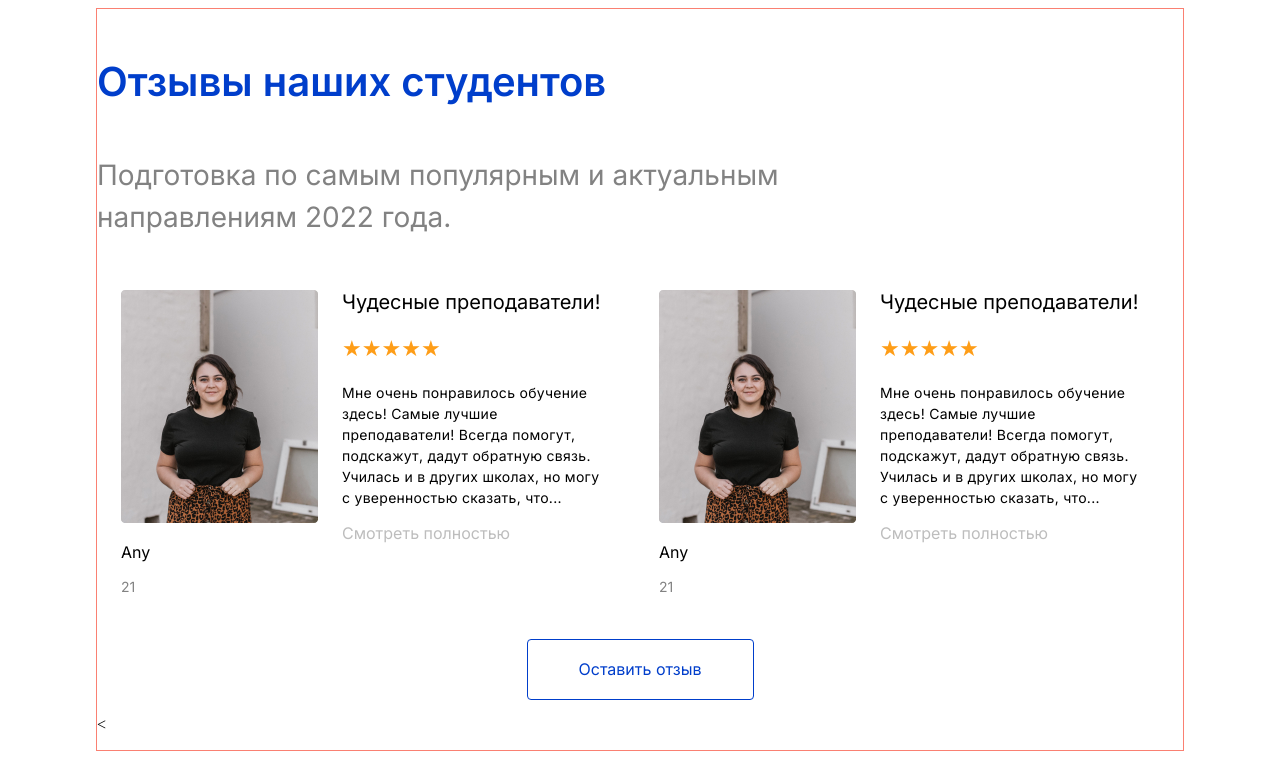
Repository: Malvuna/Studi
Page: index.html
The author's editor kept a copy of each file at every save. The page is drawn from the files as they stood at one save, then again after a run of saves.
The browser window is 1280 px wide. The pictures show the whole page.

Above is the page before, as saved 2022-07-11 17:54:22.

### index.html

<!DOCTYPE html>
<html lang="en">
  <head>
    <meta charset="UTF-8" />
    <meta http-equiv="X-UA-Compatible" content="IE=edge" />
    <meta name="viewport" content="width=device-width, initial-scale=1.0" />
    <link rel="stylesheet" href="./css/style.css" />
    <link rel="preconnect" href="https://fonts.googleapis.com">
    <link rel="preconnect" href="https://fonts.gstatic.com" crossorigin>
    <link href="https://fonts.googleapis.com/css2?family=Caveat:wght@400;600;700&family=Inter:wght@400;600;700&display=swap" rel="stylesheet">
  <body>
    <header>
    </header>

    <main>
      <div id="container" class="container">

      <p class="h1">Отзывы наших студентов</p>
      <p class="head">Подготовка по самым популярным и актуальным </br> направлениям 2022 года.</p>
      <div id="divAllCard"> </div>
      <div id="navigator"></div>
      <button class="button">Оставить отзыв</button>

    </div>
    </main>


    <footer>

    </footer>

  </body>
  <script type="module" src="./javascript/javascript.js"></script>
</html>

### css/style.css
body {
  background-color: white;
}

.container {
  width: 1086px;
  border: 1px salmon solid;
  text-align: left;
  margin: 0 auto
}

.h1 {
  font-family: "Inter";
  font-style: normal;
  font-weight: 600;
  font-size: 40px;
  line-height: 65px;
  color: #003ecb;
}

.head {
  font-family: "Inter";
  font-style: normal;
  font-weight: 400;
  font-size: 28px;
  line-height: 42px;
  color: #828282;
}

.divAllCard {
  display: flex;
}

.divOneCard {
  width: 490px;
  height: 325px;
  background-color: white;
  display: flex;
  padding: 24px 24px;
}

.textName {
  font-family: "Inter";
  font-style: normal;
  font-weight: 400;
  font-size: 16px;
  line-height: 19px;
  color: #000000;
}

.textAge {
  font-family: "Inter";
  font-style: normal;
  font-weight: 400;
  font-size: 14px;
  line-height: 17px;
  color: #828282;
}

.cardRight {
  padding-left: 24px;
}


.textHead {
  font-family: "Inter";
  font-style: normal;
  font-weight: 500;
  font-size: 20px;
  line-height: 24px;
  color: #000000;
  margin-top: 0;
}

.textStar {
  font-family: "Inter";
  font-style: normal;
  font-weight: 500;
  font-size: 22px;
  line-height: 24px;
  color: #fe9d17;
}

.textText {
  font-family: "Inter";
  font-style: normal;
  font-weight: 400;
  font-size: 14px;
  line-height: 21px;
  letter-spacing: 0.02em;
  color: #000000;
}

.textAll {
  font-family: "Inter";
  font-style: normal;
  font-weight: 400;
  font-size: 16px;
  line-height: 19px;
  color: #bdbdbd;
}

.button {
  width: 227px;
  height: 61px;

  background: #ffffff;
  border: 1px solid #003ecb;
  border-radius: 4px;

  font-family: "Inter";
  font-style: normal;
  font-weight: 500;
  font-size: 16px;
  line-height: 45px;
  color: #003ecb;

  margin: 0 auto;
  display: block;
}

### javascript/javascript.js
//Общий контейнер
let container = document.querySelector("#container");

//див с карточками
let divAllCard = document.querySelector("#divAllCard");
divAllCard.className = "divAllCard";

//див одной карточки
let divOneCard = document.createElement("div");
divOneCard.className = "divOneCard";
divAllCard.append(divOneCard);


//карточка левый блок
let cardLeft = document.createElement("div");
divOneCard.append(cardLeft);

let cardImg = document.createElement("img");
cardImg.src = "/img/Photo.jpg"
cardLeft.append(cardImg);

let textName = document.createElement("p");
textName.innerHTML = "Any";
textName.className = "textName";
cardLeft.append(textName);

let textAge = document.createElement("p");
textAge.innerHTML = "21";
textAge.className = "textAge";
cardLeft.append(textAge);

//карточка парвый блок
let cardRight = document.createElement("div");
cardRight.className = "cardRight";
divOneCard.append(cardRight);

let textHead = document.createElement("p");
textHead.innerHTML = "Чудесные преподаватели!";
textHead.className = "textHead";
cardRight.append(textHead);

let textStar = document.createElement("p");
textStar.innerHTML = "★★★★★";
textStar.className = "textStar";
cardRight.append(textStar);

let textText = document.createElement("p");
textText.innerHTML = "Мне очень понравилось  обучение здесь! Самые лучшие преподаватели! Всегда помогут, подскажут, дадут обратную связь. Училась и в других школах, но могу с уверенностью сказать, что...";
textText.className = "textText";
cardRight.append(textText);

let textAll = document.createElement("p");
textAll.innerHTML = "Смотреть полностью";
textAll.className = "textAll";
cardRight.append(textAll);


// вторая карточка
var divTwoCard = divOneCard.cloneNode(true);
divAllCard.append(divTwoCard);

//навигатор
let divNavigator = document.querySelector("#navigator");
container.append(divNavigator);

let leftArrow = document.createElement("p");
leftArrow.innerHTML = "<";
divNavigator.append(leftArrow);

After the next 6 saves:
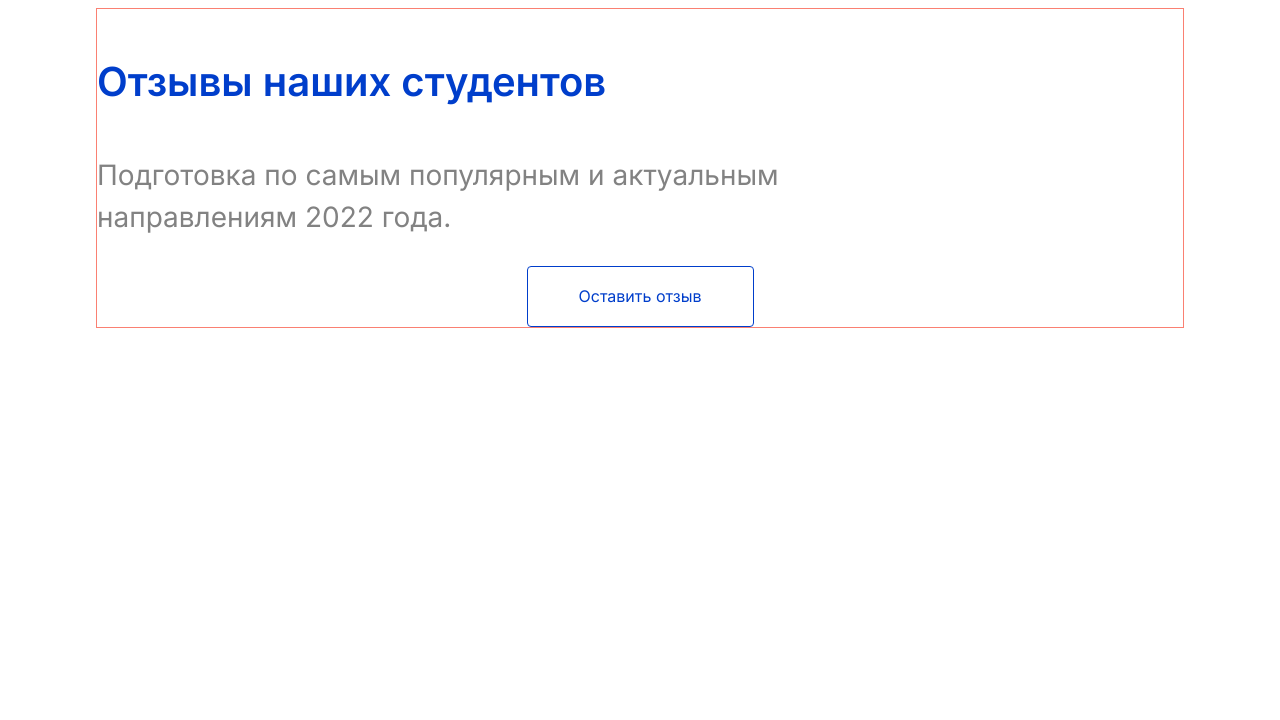
Console error: SyntaxError: Identifier 'leftArrow' has already been declared
The 6 saves are shown as one change because they came seconds apart.
The last was saved 34 s later.
--- a/javascript/javascript.js
+++ b/javascript/javascript.js
@@ -66,3 +66,11 @@ container.append(divNavigator);
 let leftArrow = document.createElement("p");
 leftArrow.innerHTML = "<";
 divNavigator.append(leftArrow);
+
+let leftArrow = document.createElement("p");
+leftArrow.innerHTML = "<";
+divNavigator.append(leftArrow);
+
+let rightArrow = document.createElement("p");
+rightArrow.innerHTML = ">";
+divNavigator.append(rightArrow);

After the save that followed:
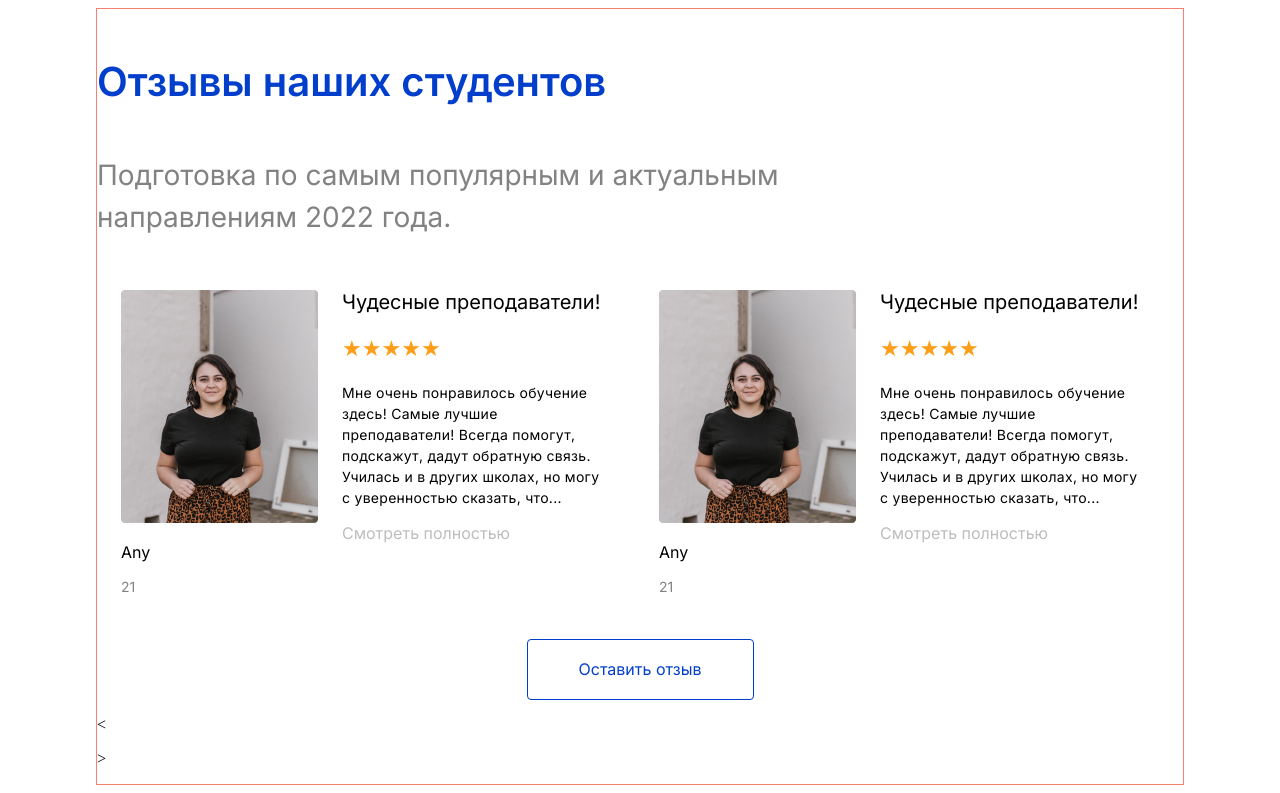
The error is gone.
Saved 27 s later.
--- a/javascript/javascript.js
+++ b/javascript/javascript.js
@@ -67,7 +67,7 @@ let leftArrow = document.createElement("p");
 leftArrow.innerHTML = "<";
 divNavigator.append(leftArrow);
 
-let leftArrow = document.createElement("p");
+let signList = document.createElement("p");
 leftArrow.innerHTML = "<";
 divNavigator.append(leftArrow);
 
